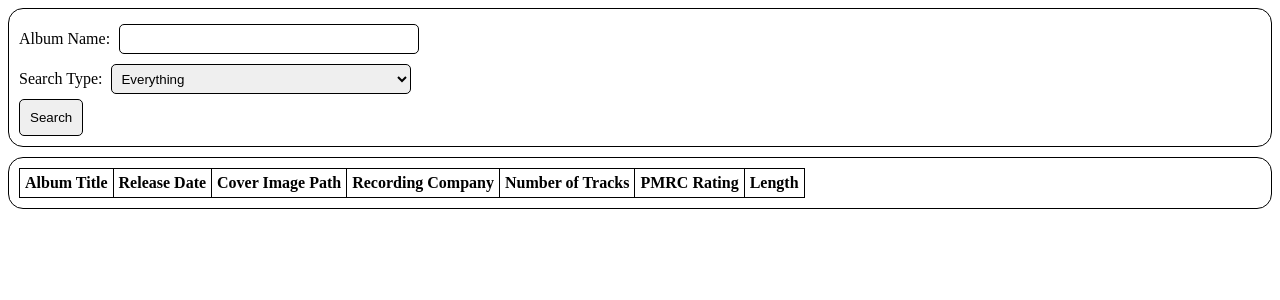
Repository: jasonfic/jmf194_INFSCI1017
Page: jmf194_FinalProject/WebContent/album.html
An editor plug-in stored every save of this project. The page is shown before and after the next save, followed by the edit.
The browser window is 1280 px wide. The pictures show the whole page.

Above is the page before, as saved 2019-04-14 19:30:58.

### jmf194_FinalProject/WebContent/album.html
<html>
<head>
<meta charset="UTF-8">
<title>Albums</title>
<script src="script/jquery-3.4.0.min.js"></script>
<link href="css/style.css" rel="stylesheet" type="text/css" />

</head>
<body>
<div id="albumSearch" class="table">
	<div>
		Album Name: <input type="text" id="title" name="title" value="" class="textField" />
	</div>
	<div>
		Search Type:
		<select name="searchType" id="searchType" class="textField">
			<option value="">Everything</option>
			<option value="equals">Equals</option>
			<option value="begins">Begins</option>
			<option value="ends">Ends</option>
			<option value="contains">Contains</option>
		</select>
	</div>
	<div>
		<input type="button" id="btnSearch" name="btnSubmit" value="Search" />
	</div>
</div>

<div id="searchResults">
	<table id="tblSearchResults">
		<tr>
			<th>Album Title</th>
			<th>Release Date</th>
			<th>Cover Image Path</th>
			<th>Recording Company</th>
			<th>Number of Tracks</th>
			<th>PMRC Rating</th>
			<th>Length</th>
		</tr>
	</table>
</div>

</body>
<script>
	$(document).ready(function (){
		$("#btnSearch").click(function (){
			search();
		});

		$("#title").keyup(function () {
			var keyPressed = $("#title").val();
			if (keyPressed.length > 2) {
				search();
			}
			else {
				$(".dataRow").remove();
			}
		});
	});

	function search() {
		var title = $("#title").val();
		var searchType = $("#searchType").val();

		var url = "AlbumListWS?title=" + title + "&searchType=" + searchType;
		$.get(url, function(resp){
			parseSongData(resp);
		})
		/* logic for dealing with optional parameters
		if(optSearchType === undefined) {
			searchType = $("#searchType").val();
		}
		else {
			searchType = optSearchType;
		}*/
	}

	function parseGenreData(data){
		// $("#searchResults").text(JSON.stringify(data));
		$(".dataRow").empty();
		var result = "";

		for(var i=0; i < data.length; i++){
			var tr = $("<tr></tr>"); // created empty html table row

			// First data cell
			var td = $("<td></td>"); // created empty html table data
			td.html(data[i].title);
			tr.append(td);

			// Second data cell
			// Note that we don't need to redeclare this
			td = $("<td></td>");
			td.html(data[i].releaseDate)
			tr.append(td);

			// Third data cell
			td = $("<td></td>");
			td.html(data[i].coverImagePath)
			tr.append(td);

			td = $("<td></td>");
			td.html(data[i].recordingCompany)
			tr.append(td);

			td = $("<td></td>");
			td.html(data[i].numberOfTracks)
			tr.append(td);

			td = $("<td></td>");
			td.html(data[i].pmrcRating)
			tr.append(td);

			td = $("<td></td>");
			td.html(data[i].length)
			tr.append(td);

			// Append row to the table
			$("#tblSearchResults").append(tr);

			// result += 'Name: ' + data[i].genre_name + ' Description: ' + data[i].description + '<br />';
		}

		// $("#searchResults").html(result);
	}
</script>
</html>

### jmf194_FinalProject/WebContent/css/style.css
.table {
	border: 1px solid #000;
	padding: 10px;
	border-radius: 15px;
}

.textField {
	border: 1px solid #000;
	border-radius: 5px;
	padding: 5px;
	margin: 5px;
	width: 300px;
	height: 30px;
}

#searchResults {
	border: 1px solid #000;
	padding: 10px;
	margin-top: 10px;
	border-radius: 15px;
}

input[type=button] {
	border: 1px solid #000;
	padding: 10px;
	border-radius: 5px;
}

#tblSearchResults {
	border-collapse: collapse;
}

#tblSearchResults tr th, td {
	border: 1px solid #000;
	padding: 5px;
}

Loaded but not shown: jmf194_FinalProject/WebContent/script/jquery-3.4.0.min.js (library)

After the next save:
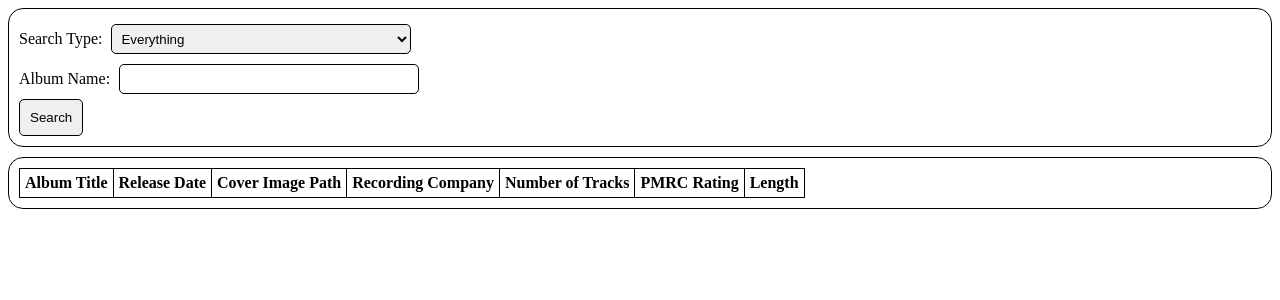
Saved 14 min 27 s later.
--- a/jmf194_FinalProject/WebContent/album.html
+++ b/jmf194_FinalProject/WebContent/album.html
@@ -9,9 +9,6 @@
 <body>
 <div id="albumSearch" class="table">
 	<div>
-		Album Name: <input type="text" id="title" name="title" value="" class="textField" />
-	</div>
-	<div>
 		Search Type:
 		<select name="searchType" id="searchType" class="textField">
 			<option value="">Everything</option>
@@ -20,6 +17,9 @@
 			<option value="ends">Ends</option>
 			<option value="contains">Contains</option>
 		</select>
+	</div>
+	<div>
+		Album Name: <input type="text" id="title" name="title" value="" class="textField" />
 	</div>
 	<div>
 		<input type="button" id="btnSearch" name="btnSubmit" value="Search" />
